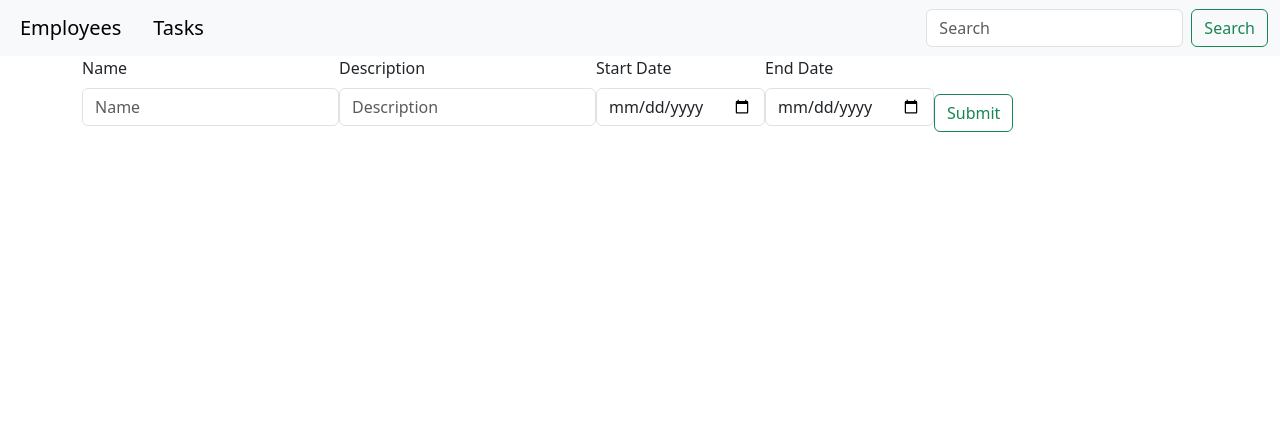
Repository: RaffiBarseghyan/employees
Page: /tasks
The author's editor kept a copy of each file at every save. The page is drawn from the files as they stood at one save, then again after the next save.
The browser window is 1280 px wide. The pictures show the whole page.
The project was rebuilt for these pictures with package versions that can differ from the ones it lists, and the page was loaded fresh each time. Some packages were replaced by stand-ins written for this rebuild. Also part of the build but not shown: src/App.css, src/Pages/Employees/employees.module.scss, src/Pages/UpDel/upDel.module.scss, src/Pages/UpDel/delete.jsx, src/Pages/Employees/employees.jsx, src/Pages/UpDel/update.jsx.

Above is the page before, as saved 2023-06-15 21:36:07.

After the next save:
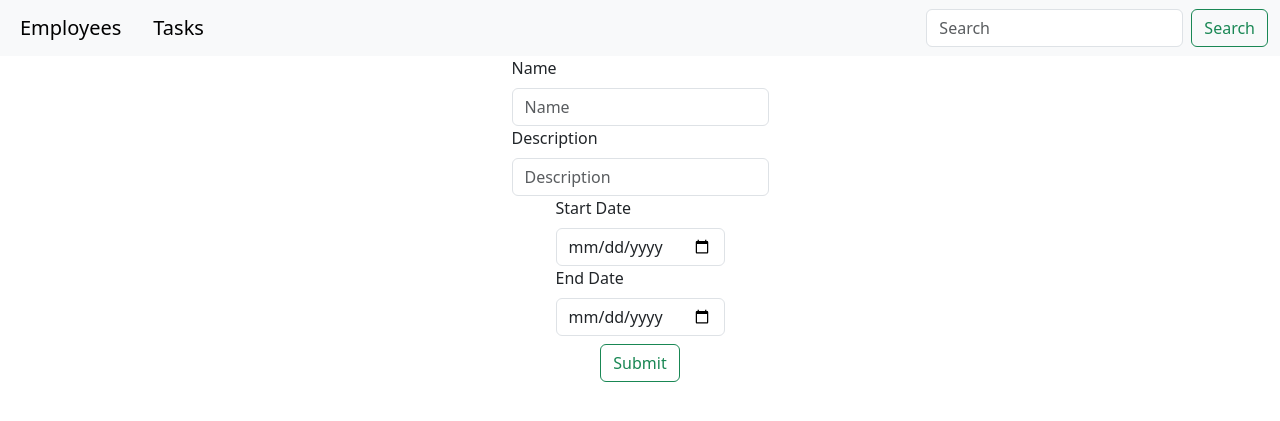
Saved 7 s later.
--- a/src/Pages/Tasks/tasks.module.scss
+++ b/src/Pages/Tasks/tasks.module.scss
@@ -1,3 +1,6 @@
 .employeeForm{
-
+    width: 500px;
+    display: flex;
+    flex-direction: column;
+    align-items: center;
 }
